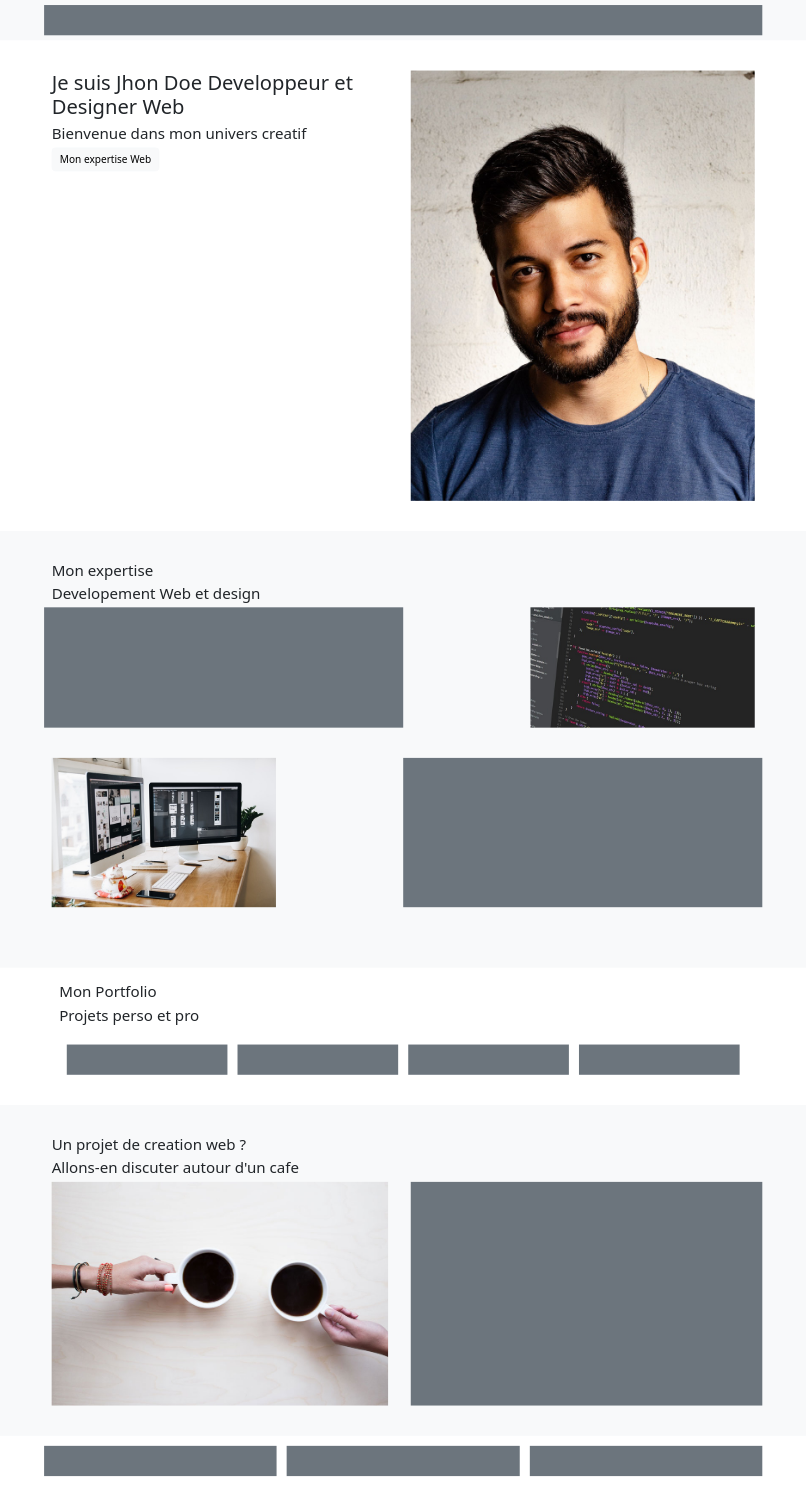
Repository: wadelfadill/Bootstrap_tache_1_portfolio
Page: index.html
These files come from the project's save history. The page is drawn as it stood at one moment and after the next save; the edit follows.
The browser window is 1280 px wide. The pictures show the whole page, at 63% of full size.

Above is the page before, as saved 2023-03-27 13:32:09.

### index.html
<!DOCTYPE html>
<html lang="en">
<head>
    <meta charset="UTF-8">
    <meta http-equiv="X-UA-Compatible" content="IE=edge">
    <meta name="viewport" content="width=device-width, initial-scale=1.0">
    <title>Portfolio_Bootstrap</title>
    <link href="https://cdn.jsdelivr.net/npm/bootstrap@5.3.0-alpha2/dist/css/bootstrap.min.css" rel="stylesheet" integrity="sha384-aFq/bzH65dt+w6FI2ooMVUpc+21e0SRygnTpmBvdBgSdnuTN7QbdgL+OapgHtvPp" crossorigin="anonymous">
    <link rel="stylesheet" href="style.css">
</head>
<body>
    <header>
        <nav class="navbar bg-light container-fluid">
            <div class="container bg-secondary py-4">

            </div>
        </nav>
    </header>
    <main>
        <section class="my-5">
            <div class="container">
                <div class="row">
                    <div class="col-6">
                        <p class="h2">Je suis Jhon Doe Developpeur et Designer Web</p>
                        <p class="h4">Bienvenue dans mon univers creatif</p>
                        <a class="btn btn-light" href="#" role="button">Mon expertise Web</a>

                    </div>
                    <div class="col-6">
                        <img src="img/portrait.jpg" alt="profile de Jhon Doe" class="w-100">
                    </div>
                </div>
            </div>
        </section>
        <section>
            <div class="container-fluid bg-light py-5 mt-5">
                <div class="container ">
                 <p class="h4">Mon expertise</p>
                 <p class="h4">Developement Web et design</p>
                <div class="row">
                    <div class="col-6 bg-secondary">

                    </div>
                    <div class="col-2"></div>
                    <div class="col-4">
                        <img src="img/code.jpg" alt="" class="w-100">
                    </div>
                </div>
                <div class="row my-5">
                    <div class="col-4">
                        <img src="img/design.jpg" alt="" class="w-100">
                    </div>
                    <div class="col-2"></div>
                    <div class="col-6 bg-secondary">

                    </div>
                </div>
             </div>
        </section>
        <section class="container">
            <div class="container my-4">
                <p class="h4">Mon Portfolio</p>
                <p class="h4">Projets perso et pro</p>
                <div class="row gap-3 p-4">
                    <div class="col bg-secondary py-4"></div>
                    <div class="col bg-secondary py-4"></div>
                    <div class="col bg-secondary py-4"></div>
                    <div class="col bg-secondary py-4"></div>
                </div>
            </div>
        </section>
        <section class="p-5 bg-light">
            <div class="container">
                <p class="h4">Un projet de creation web ?</p>
                <p class="h4">Allons-en discuter autour d'un cafe</p>
                <div class="row gap-4">
                    <div class="col">
                        <img src="img/grab-a-coffee.jpg" class="w-100" alt="">
                    </div>
                    <div class="col bg-secondary"></div>
                </div>
            </div>
        </section>
    </main>
    <footer>
        <div class="container">
            <div class="row gap-3 py-3">
                <div class="col p-4 bg-secondary"></div>
                <div class="col p-4 bg-secondary"></div>
                <div class="col p-4 bg-secondary"></div>
            </div>
        </div>
    </footer>


</body>
</html>

Loaded but not shown: style.css (no stored copy; drawn as an empty file)

After the next save:
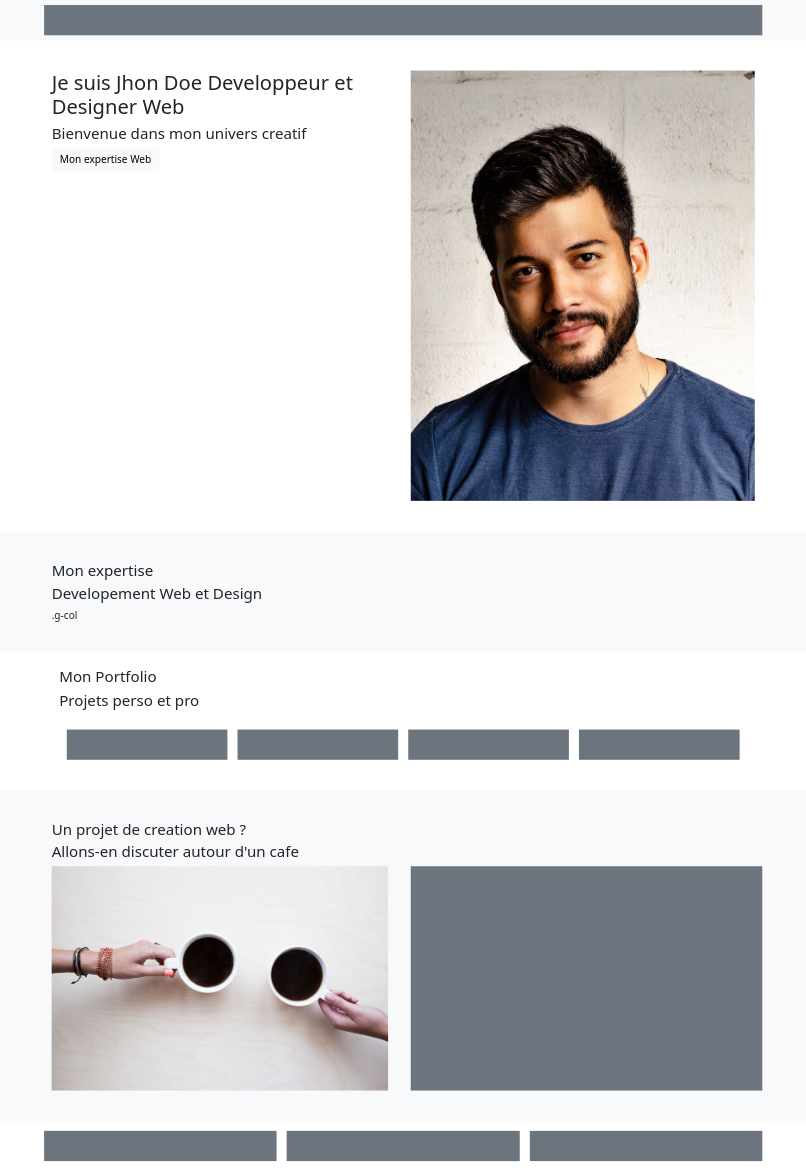
Saved 7 h 10 min later.
--- a/index.html
+++ b/index.html
@@ -33,7 +33,7 @@
             </div>
         </section>
         <section>
-            <div class="container-fluid bg-light py-5 mt-5">
+            <!-- <div class="container-fluid bg-light py-5 mt-5">
                 <div class="container ">
                  <p class="h4">Mon expertise</p>
                  <p class="h4">Developement Web et design</p>
@@ -56,6 +56,16 @@
                     </div>
                 </div>
              </div>
+            </div> -->
+            <div class="container-fluid bg-light py-5 mt-5">
+                <div class="container">
+                    <p class="h4">Mon expertise</p>
+                    <p class="h4">Developement Web et Design</p>
+                    <div class="grid">
+                        .g-col
+                    </div>
+                </div>
+            </div>
         </section>
         <section class="container">
             <div class="container my-4">
